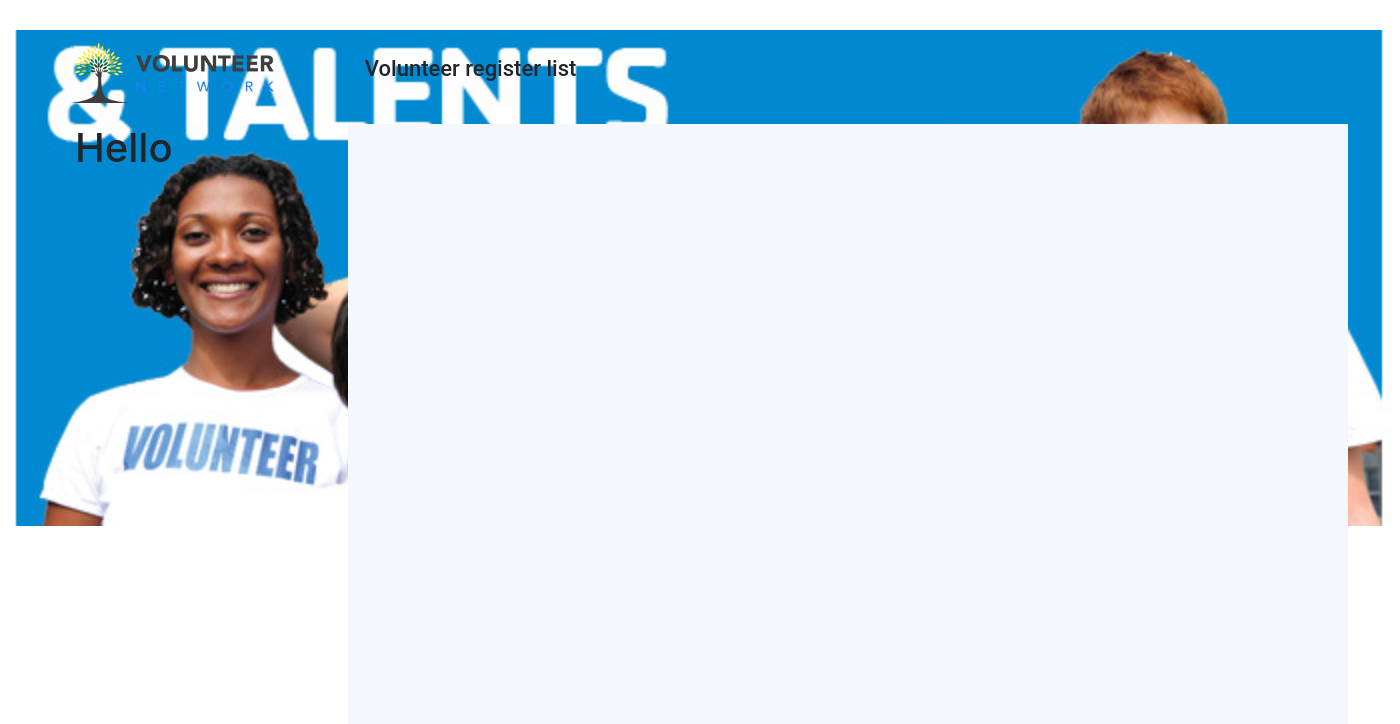
Repository: MdTahsinAmin/volunteer-network-client
Page: /adminPanel
The author's editor kept a copy of each file at every save. The page is drawn from the files as they stood at one save, then again after the next save.
The browser window is 1280 px wide. The page is 1400 px wide, so the pictures cover 1400 px, including what lies to the right of the window. The pictures show the whole page.
The project was rebuilt for these pictures with package versions that can differ from the ones it lists, and the page was loaded fresh each time.

Above is the page before, as saved 2020-10-04 23:18:35.

### public/index.html
<!DOCTYPE html>
<html lang="en">
  <head>
    <meta charset="utf-8" />
    <link rel="icon" href="%PUBLIC_URL%/favicon.ico" />
    <meta name="viewport" content="width=device-width, initial-scale=1" />
    <meta name="theme-color" content="#000000" />
    <meta
      name="description"
      content="Web site created using create-react-app"
    />
    <link rel="apple-touch-icon" href="%PUBLIC_URL%/logo192.png" />
    <!--
      manifest.json provides metadata used when your web app is installed on a
      user's mobile device or desktop. See https://developers.google.com/web/fundamentals/web-app-manifest/
    -->
    <link rel="manifest" href="%PUBLIC_URL%/manifest.json" />
    <!--
      Notice the use of %PUBLIC_URL% in the tags above.
      It will be replaced with the URL of the `public` folder during the build.
      Only files inside the `public` folder can be referenced from the HTML.

      Unlike "/favicon.ico" or "favicon.ico", "%PUBLIC_URL%/favicon.ico" will
      work correctly both with client-side routing and a non-root public URL.
      Learn how to configure a non-root public URL by running `npm run build`.
    -->
    <title>Volunteer Network</title>
  </head>
  <body>
    <noscript>You need to enable JavaScript to run this app.</noscript>
    <div id="root"></div>
    <!--
      This HTML file is a template.
      If you open it directly in the browser, you will see an empty page.

      You can add webfonts, meta tags, or analytics to this file.
      The build step will place the bundled scripts into the <body> tag.

      To begin the development, run `npm start` or `yarn start`.
      To create a production bundle, use `npm run build` or `yarn build`.
    -->
  </body>
</html>

### src/App.js
import React from 'react';
import './App.css';
import Header from './components/Header/Header';
import {
  BrowserRouter as Router,
  Switch,
  Route,
  Link
} from "react-router-dom";
import AdminPanel from './components/AdminPanel/AdminPanel';
function App() {
  return (
    <div className="App">
     <Router>
      <Switch>
        <Route path ='/home'>
         <Header navbar={true}></Header>
        </Route>
        <Route path="/adminPanel">
           <div>
           <Header navbar={false}></Header>
           <AdminPanel/>
           </div>
        </Route>
        <Route exact path="/">
           <Header navbar={true}></Header>
        </Route>
      </Switch>
     </Router>
    </div>
  );
}

export default App;

### src/App.css
.App {
    background-image:url('./logos/Volunteer_Image.jpg');
    background-repeat: no-repeat;
    background-size: cover;
    background-position: center;
    width: 1400px;
    height: 496px;
    left: 1px;
    top: -1px;
}

.App-logo {
  height: 40vmin;
  pointer-events: none;
}

@media (prefers-reduced-motion: no-preference) {
  .App-logo {
    animation: App-logo-spin infinite 20s linear;
  }
}

.App-header {
  background-color: #282c34;
  min-height: 100vh;
  display: flex;
  flex-direction: column;
  align-items: center;
  justify-content: center;
  font-size: calc(10px + 2vmin);
  color: white;
}

.App-link {
  color: #61dafb;
}

@keyframes App-logo-spin {
  from {
    transform: rotate(0deg);
  }
  to {
    transform: rotate(360deg);
  }
}

### src/components/Header/Header.js
import React from 'react';
import { Link, useHistory } from 'react-router-dom';
import './Header.css'
import volunteerLogo from '../../logos/volunteer.png';
import { styled } from '@material-ui/core/styles';
import Button from '@material-ui/core/Button';

// Material Button

const MyButton = styled(Button)({
    background: 'linear-gradient(45deg, #3F90FC 30%, #3F90FC 90%)',
    border: 0,
    borderRadius: '6px',
    color: 'white',
    height: 48,
    padding: '14px 43px',
    marginRight:'15px',
    marginLeft:'9px',
    cursor:'pointer'
  });

  const AdminBtn = styled(Button)({
    background: 'linear-gradient(45deg, #434141 30%, #434141 90%)',
    border: 0,
    borderRadius: '6px',
    color: 'white',
    height: 48,
    padding: '14px 43px',
    marginRight:'15px',
    cursor:'pointer'
  })

const Header = (props) => {

    const history = useHistory();

    const handleAdminPanel = () =>{
         history.push('/adminPanel');
    }


    return (
      <div className="header">
          <div className={props.navbar ? "container" : 'adminPanel'}>
          <nav className="navbar navbar-expand-lg navbar-light">
            <Link to='/home' className="navbar-brand"><img className={props.navbar ?'volunteerLogo':'Logo'} src={volunteerLogo} alt=""/></Link>
            <button className="navbar-toggler" type="button" data-toggle="collapse" data-target="#navbarSupportedContent" aria-controls="navbarSupportedContent" aria-expanded="false" aria-label="Toggle navigation">
                <span className="navbar-toggler-icon"></span>
            </button>
            {
                !props.navbar && <h5 className="volunteer-list">Volunteer register list</h5>
            }
            {
                props.navbar &&  <div className="collapse navbar-collapse" id="navbarSupportedContent">
                <ul className="navbar-nav ml-auto">
                <li className="nav-item">
                    <Link className="nav-link item-nav">Home</Link>
                </li>
                <li className="nav-item">
                    <Link className="nav-link item-nav">Donation</Link>
                </li>
                <li className="nav-item">
                    <Link className="nav-link item-nav">Events</Link>
                </li>
                <li className="nav-item">
                    <Link className="nav-link item-nav">Blog</Link>
                </li>
                <li className="nav-item">
                    <MyButton>Register</MyButton>
                </li>
                <li className="nav-item">
                   <AdminBtn
                     onClick={handleAdminPanel}
                   >Admin
                   </AdminBtn>
                </li>
                </ul>
            </div>
            }
            </nav>
      </div>
   </div>
    );
};

export default Header;

### src/components/AdminPanel/AdminPanel.js
import React from 'react';
import './AdminPanel.css';
const AdminPanel = () => {
    return (
        <div className="adminPanel-section">
            <div className="section-panel">
                 <h1>Hello</h1>
            </div>
            <div className='Volunteer-list'>
                 <div className='volunteer container'>


                 </div>
            </div>
        </div>
    );
};

export default AdminPanel;

### src/components/Header/Header.css
.volunteerLogo{
    width: 202.81px;
    height: 60px;
    left: 88px;
    top: 44px;
}
.header{
    margin-top: 30px;
}
.nav-link{
    font-family: Montserrat;
    font-style: normal;
    font-weight: 500;
    font-size: 20px;
    text-align: center;
    color: #0B0B0B;
}

### src/components/AdminPanel/AdminPanel.css
.adminPanel{
    margin-right:20px;
}
.Logo{
    width: 202.81px;
    height: 60px;
    left: 88px;
    top: 44px;
    margin-left:55px;
}
.volunteer-list{
    margin-left:75px;
    font-family: Roboto;
    font-style: normal;
    font-weight: 500;
    font-size: 22px;
}
.adminPanel-section{
    display:flex;
}
.section-panel{
    margin-top:8px;
    margin-left:75px;
}
.Volunteer-list{
    width:65%;
    margin-top:8px;
    margin-left:175px;
    width: 1000px;
    height: 600px;
    background: #F4F7FC;
}
.volunteer{
    background: #FFFFFF;
    border-radius: 20px;
    width: 500px;
}

Loaded but not shown: src/index.js (common file); src/index.css (common file); src/serviceWorker.js (common file)

After the next save:
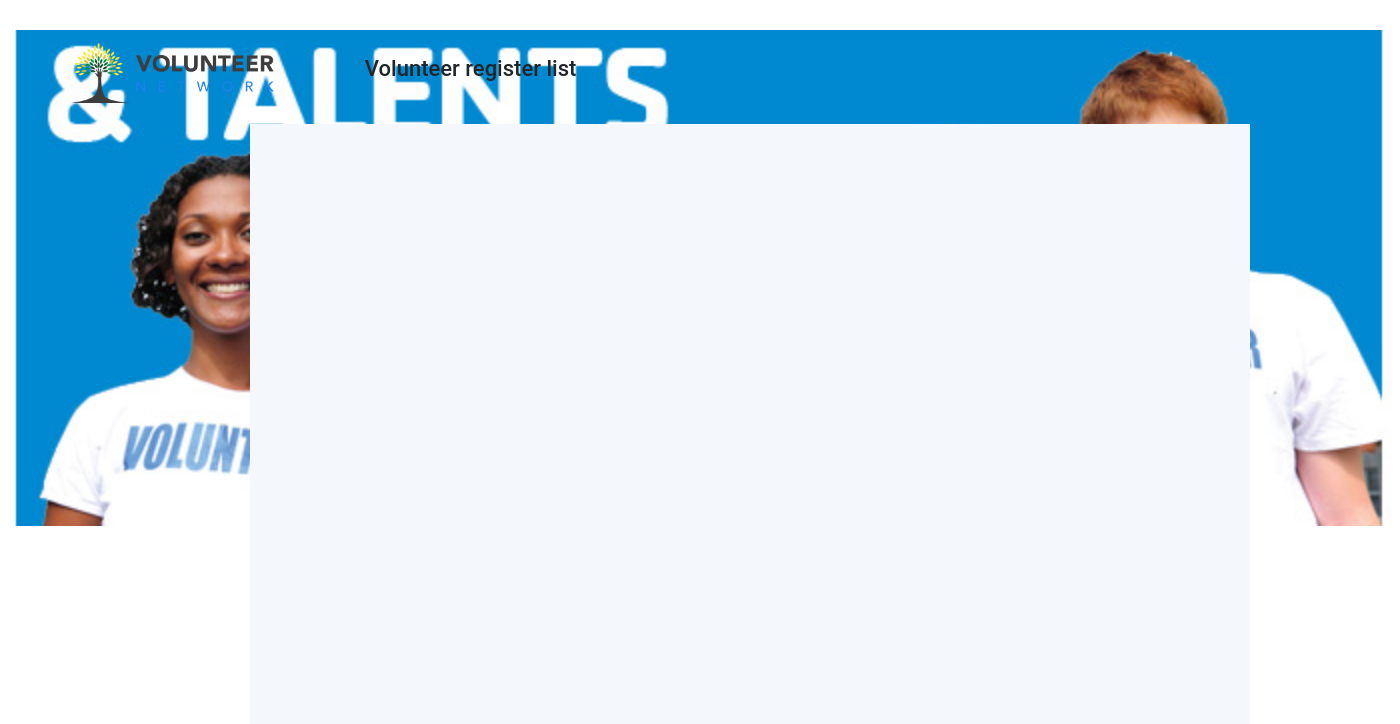
Saved 2 min 34 s later.
--- a/src/components/AdminPanel/AdminPanel.js
+++ b/src/components/AdminPanel/AdminPanel.js
@@ -4,13 +4,10 @@
     return (
         <div className="adminPanel-section">
             <div className="section-panel">
-                 <h1>Hello</h1>
+
             </div>
             <div className='Volunteer-list'>
-                 <div className='volunteer container'>
 
-
-                 </div>
             </div>
         </div>
     );
